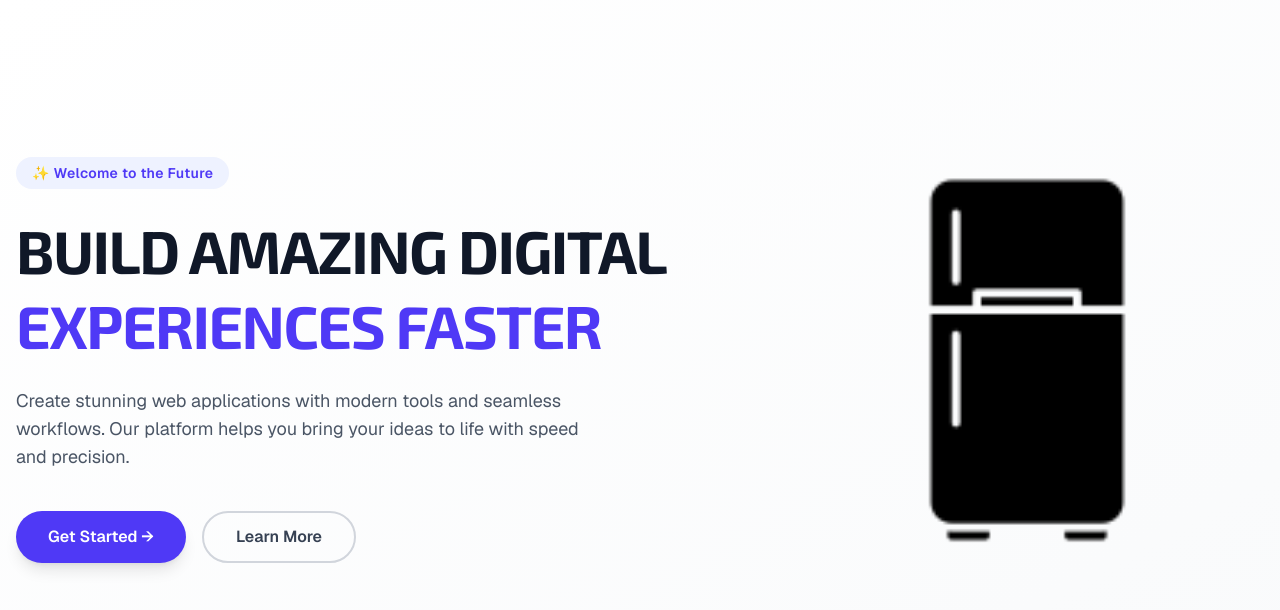
Repository: deepak445566/repai
Page: / (app in repair/)
These files come from the project's save history. The page is drawn as it stood at one moment and after the next save; the edit follows.
The browser window is 1280 px wide. The pictures show the whole page.
The project was rebuilt for these pictures with package versions that can differ from the ones it lists, and the page was loaded fresh each time. The framework's server and built-in components were replaced by stand-ins that run in the browser. Also part of the build but not shown: repair/next.config.mjs.

Above is the page before, as saved 2026-04-15 12:15:51.

After the next save:
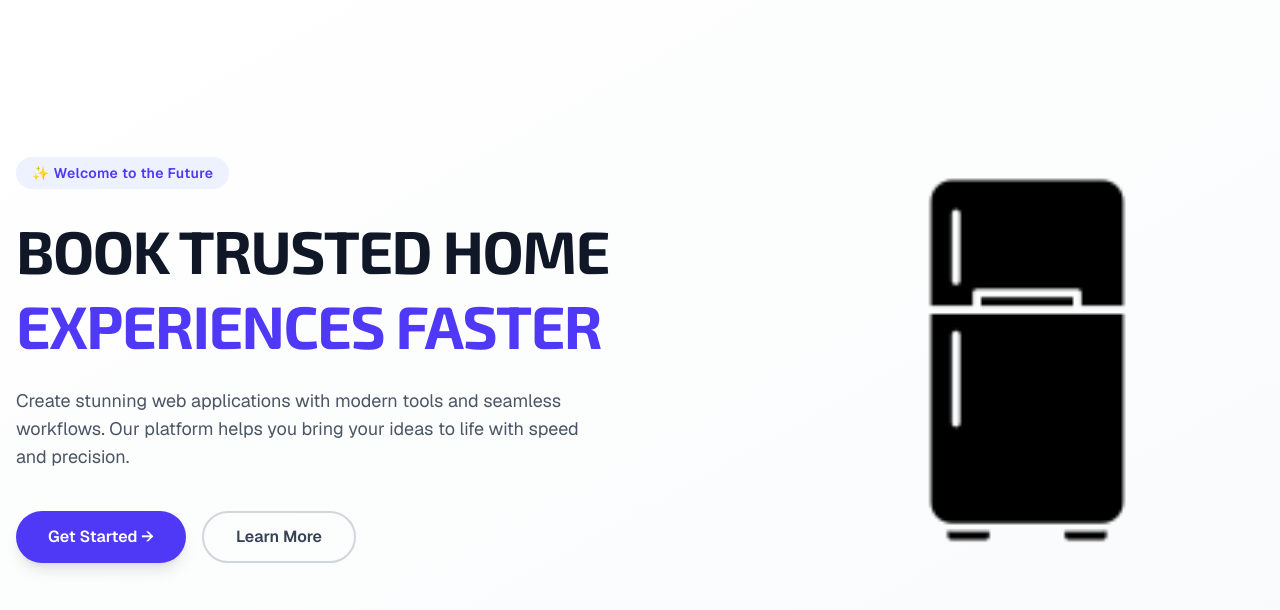
Saved 20 s later.
--- a/repair/src/components/heroPage.jsx
+++ b/repair/src/components/heroPage.jsx
@@ -13,7 +13,7 @@ export default function HeroPage() {
             </div>
 
             <h1 className="text-4xl sm:text-5xl lg:text-6xl font-bold tracking-tight text-gray-900 leading-tight uppercase exo">
-              Build Amazing Digital
+            Book Trusted Home
               <span className="text-indigo-600 block"> Experiences Faster</span>
             </h1>
 
